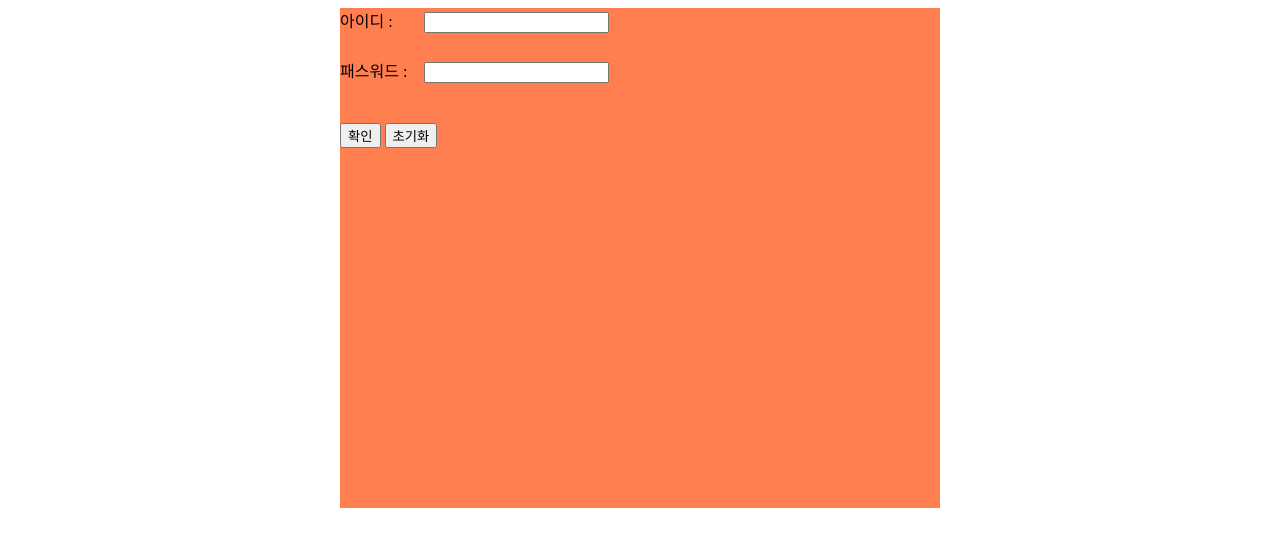
Repository: song-tata/jsp_servlet
Page: chap06/webContants/login.html
An editor plug-in stored every save of this project. The page is shown before and after the next save, followed by the edit.
The browser window is 1280 px wide. The pictures show the whole page.

Above is the page before, as saved 2023-05-17 06:35:38.

After the next save:
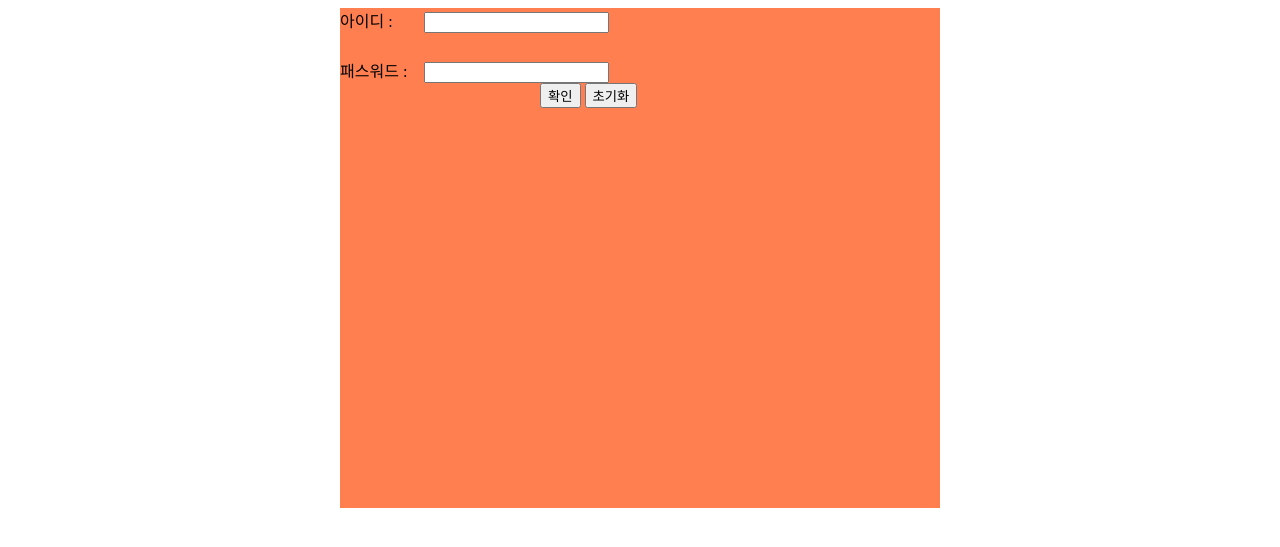
Saved 40 s later.
--- a/chap06/webContants/login.html
+++ b/chap06/webContants/login.html
@@ -25,8 +25,8 @@
 	width: 80px
 }
 .buttonwrap{
-margin: 40px auto;
-
+margin:auto;
+width: 200px
 }
 </style>
 </head>
